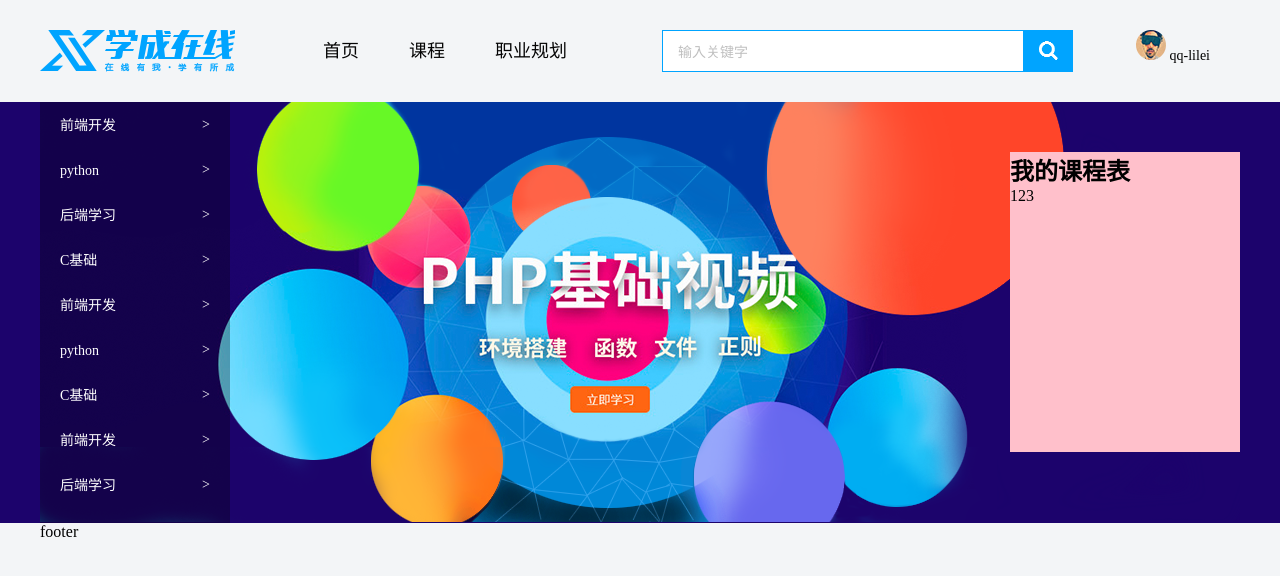
Repository: zhengdeya/web-based
Page: 39-学成在线/index.html
These files come from the project's save history. The page is drawn as it stood at one moment and after the next save; the edit follows.
The browser window is 1280 px wide. The pictures show the whole page.

Above is the page before, as saved 2021-04-15 14:59:01.

### 39-学成在线/index.html
<!DOCTYPE html>
<html lang="en">

<head>
    <meta charset="UTF-8">
    <meta http-equiv="X-UA-Compatible" content="IE=edge">
    <meta name="viewport" content="width=device-width, initial-scale=1.0">
    <title>学成在线</title>
    <link rel="stylesheet" href="style.css">
</head>

<body>
    <div class="header">
        <!-- logo部分 -->
        <div class="logo">
            <img src="imgs/logo.png" alt="">
        </div>

        <!-- 实际开发中，不会直接用a而是用li包含链接（li+a）的做法 -->
        <div class="nav">
            <ul>
                <li><a href="#">首页</a></li>
                <li><a href="#">课程</a></li>
                <li><a href="#">职业规划</a></li>
            </ul>
        </div>

        <!-- 搜索区域 -->
        <div class="search">
            <input type="text" value="输入关键字">
            <button></button>
        </div>

        <!-- 用户模块 -->
        <div class="user">
            <img src="imgs/user.png" alt="">
            <span>qq-lilei</span>
        </div>
    </div>

    <div class="banner">
        <div class="box">

            <!-- 侧导航栏 -->
            <div class="subnav">
                <ul>
                    <li><a href="#">前端开发 <span>&gt;</span></a></li>
                    <li><a href="#">python <span>&gt;</span></a></li>
                    <li><a href="#">后端学习 <span>&gt;</span></a></li>
                    <li><a href="#">C基础 <span>&gt;</span></a></li>
                    <li><a href="#">前端开发 <span>&gt;</span></a></li>
                    <li><a href="#">python <span>&gt;</span></a></li>
                    <li><a href="#">C基础 <span>&gt;</span></a></li>
                    <li><a href="#">前端开发 <span>&gt;</span></a></li>
                    <li><a href="#">后端学习 <span>&gt;</span></a></li>
                </ul>
            </div>

            <!-- 右侧课程栏 -->
            <div class="course">
                <h2>我的课程表</h2>
                <div class="content">
                    123
                </div>
            </div>
        </div>
    </div>

    <div class="footer">footer</div>
</body>

</html>

### 39-学成在线/style.css
* {
    margin: 0;
    padding: 0;
}

body {
    background-color: #f3f5f7;
}

li {
    list-style: none;
}

a {
    text-decoration: none;
}

.header,
.box,
.footer {
    margin: 0 auto;
    width: 1200px;
    /* background-color: gray; */

}

.header {
    margin: 30px auto;
    height: 42px;
}

.header .logo {
    float: left;
    width: 198px;
    height: 42px;
    /* background-color: pink; */
}

.header .nav {
    float: left;
    margin-left: 60px;
}

.header .nav li {
    margin: 0 15px;
    float: left;
}

.header .nav li a {
    display: block;
    height: 42px;
    line-height: 42px;
    padding: 0 10px;
    font-size: 18px;
    color: #050505;
}

.header .nav li a:hover {
    border-bottom: 2px solid #00a4ff;
    color: #00a4ff;
}

/* 搜索模块 */
.header .search {
    float: left;
    margin-left: 70px;
    width: 412px;
    height: 42px;
    /* background-color: skyblue; */
}

.header .search input {
    float: left;
    width: 345px;
    height: 40px;
    border: 1px solid #00a4ff;
    border-right: none;
    color: #bfbfbf;
    font-size: 14px;
    padding-left: 15px;
}

.header .search button {
    float: left;
    width: 50px;
    height: 42px;
    background-color: pink;
    border: 0;
    background: url(imgs/btn.png);
}

.header .user {
    float: right;
    line-height: 42px;
    margin-right: 30px;
    font-size: 14px;
}


/* banner部分 */

.banner {
    height: 421px;
    background-color: #1c036c;
}

.banner .box {

    height: 421px;
    /* 背景图片垂直靠上水平居中 */
    background: url(imgs/banner2_20190819_210028.png) no-repeat top center;
}

.subnav {
    float: left;
    width: 190px;
    height: 421px;
    background: rgba(0, 0, 0, .3);
}

.subnav li {
    height: 45px;
    line-height: 45px;
    padding: 0 20px;
}

.subnav a {
    font-size: 14px;
    color: #fff;
}

.subnav li a span {
    float: right;
}

.subnav a:hover {
    color: #00a4ff;
}

.course {
    float: right;
    /* 浮动的盒子不会有外边距合并的问题 */
    margin-top: 50px;
    width: 230px;
    height: 300px;
    background-color: pink;
}

.footer {
    height: 42px;
}

After the next save:
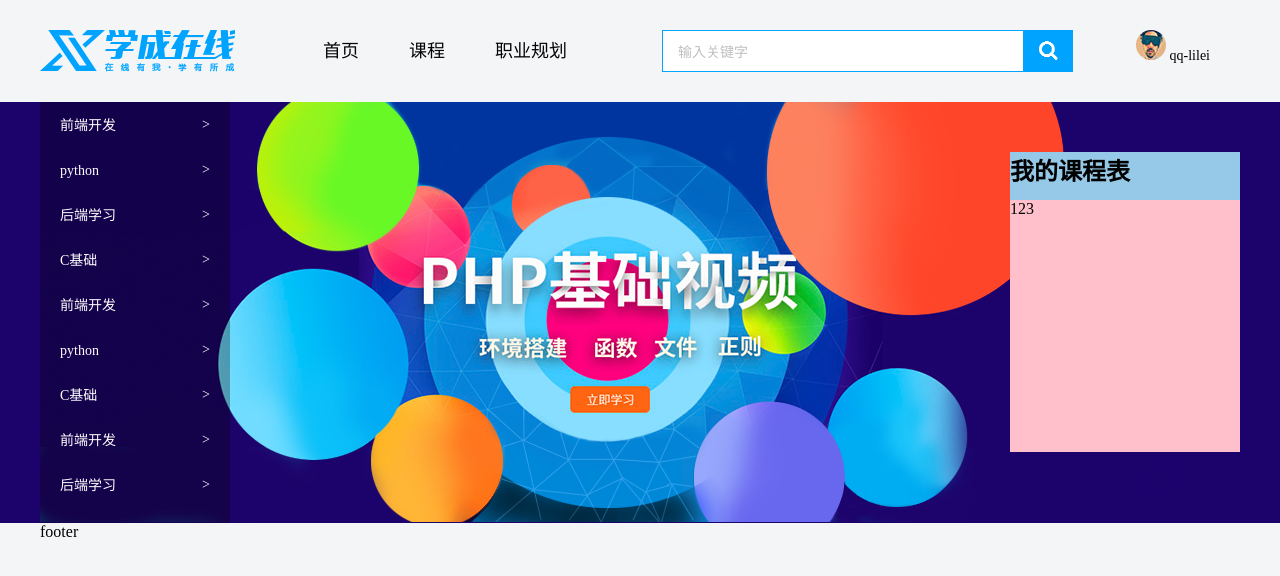
Saved 2 min 16 s later.
--- a/39-学成在线/style.css
+++ b/39-学成在线/style.css
@@ -146,6 +146,11 @@ a {
     background-color: pink;
 }
 
+.course h2 {
+    height: 48px;
+    background-color: #95C9E7;
+}
+
 .footer {
     height: 42px;
 }
